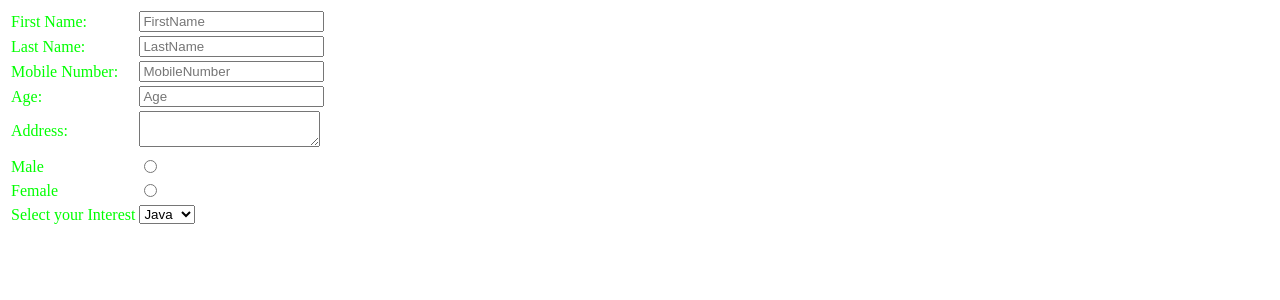
Repository: Ganesh281996/Ganesh
Page: BasicHtml/WebContent/Login.html
An editor plug-in stored every save of this project. The page is shown before and after the next save, followed by the edit.
The browser window is 1280 px wide. The pictures show the whole page.

Above is the page before, as saved 2018-03-27 12:18:43.

### BasicHtml/WebContent/Login.html
<!DOCTYPE html>
<html>
<head>
<meta charset="UTF-8">
<title>Nothing to See</title>
</head>
<body>
<style>
tr
{
color: lime;
}
td
{
text-align: left;
}
</style>
<form action="">
<table>
<tr>
<td>First Name:	</td><td> <input  id="FirstName" placeholder="FirstName"></td>
 </tr>
 <tr>
<td>Last Name:</td> <td><input id="LastName" placeholder="LastName"></td>
</tr>
<tr>
<td>Mobile Number: </td><td><input id="Mobile" placeholder="MobileNumber"></td>
</tr>
<tr>
<td>Age: </td><td><input id="Age" placeholder="Age"></td>
</tr>
<tr>
<td>Address: </td><td><textarea id="Address" placeholder="Address">  </textarea></td>
</tr>
<tr>
<tr>
<td>Male</td><td> <input type="radio" name="Gender" value="Male"></td>
</tr>
<tr>
<td>Female</td><td> <input type="radio" name="Gender" value="Female"></td>
</tr>
<tr>
<td>Select your Interest </td>
<td><select>
<option value="Java">Java</option>
<option value=".Net">.Net</option>
<option value="C++">C++</option>
<option value="Mean">Mean</option>
</select>
</td>
</tr>
</table>
</form>
</body>
</html>

After the next save:
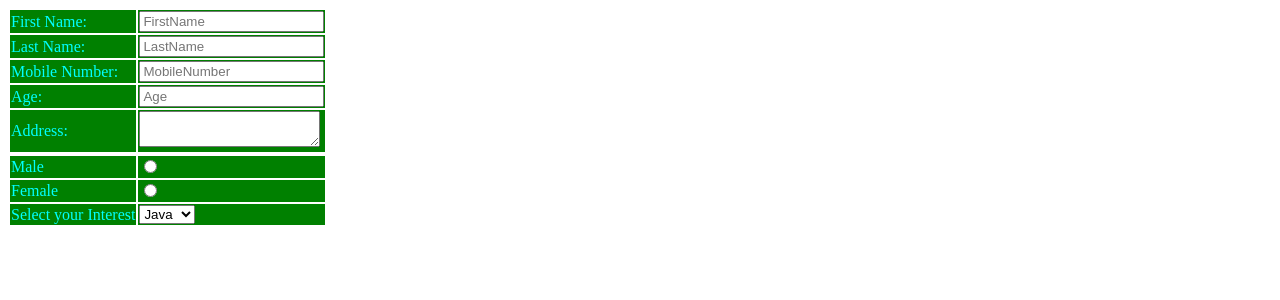
Saved 18 s later.
--- a/BasicHtml/WebContent/Login.html
+++ b/BasicHtml/WebContent/Login.html
@@ -8,11 +8,12 @@
 <style>
 tr
 {
-color: lime;
+background-color: green;
 }
 td
 {
 text-align: left;
+color: aqua;
 }
 </style>
 <form action="">
